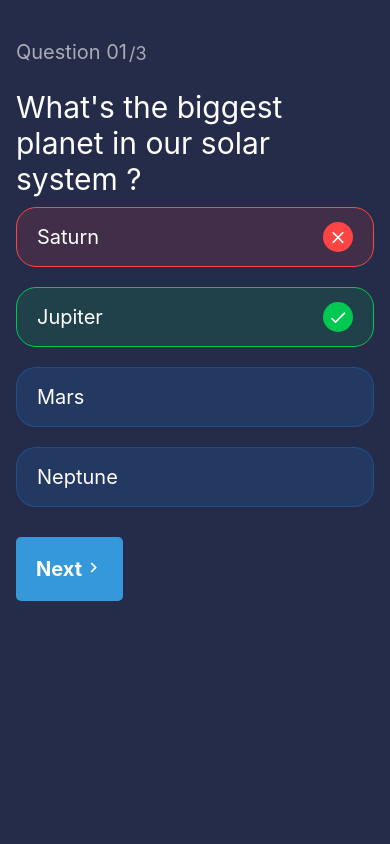
Repository: ds-mbappe/Quiz
Screen: /, after clicking the first element matching `div.r-transitionProperty-1i6wzkk`
An editor plug-in stored every save of this project. The screen is shown before and after the next save, followed by the edit.
The app was drawn by React Native's web renderer in a window 390 px wide. The project was rebuilt for these pictures with package versions that can differ from the ones it lists, and the page was loaded fresh each time.

Above is the screen before, as saved 2022-05-28 22:38:38.

### App.js
import React from 'react'
import { SafeAreaView, StyleSheet, Text } from 'react-native';
import { Quiz } from './screens';

const App = () => {
  return (
    <Quiz />
  )
}

export default App

const styles = StyleSheet.create({})

### screens/index.js
import Quiz from "./Quiz";

export {
    Quiz
}

### screens/Quiz.js
import React, { useState } from 'react'
import { SafeAreaView, StatusBar, StyleSheet, Text, TouchableOpacity, View } from 'react-native'
import { COLORS, SIZES } from '../constants';
import data from '../data/QuizData';
import MaterialCommunityIcons from 'react-native-vector-icons/MaterialCommunityIcons';

const Quiz = () => {

  const allQuestions = data;
  const [currentQuestionIndex, setCurrentQuestionIndex] = useState(0)
  const [currentOptionSelected, setCurrentOptionSelected] = useState(null);
  const [correctOption, setCorrectOption] = useState(null);
  const [isOptionDisabled, setIsOptionDisabled] = useState(false);
  const [score, setScore] = useState(0);
  const [showNextbutton, setShowNextButton] = useState(false);

  const validateAnswer = (selectedOption) => {
    let correct_option = allQuestions[currentQuestionIndex]['correct_option'];
    setCurrentOptionSelected(selectedOption);
    setCorrectOption(correct_option);
    setIsOptionDisabled(true);
    if(selectedOption == correct_option) {
      setScore(score + 1);
    }

    // Show Next Button
    setShowNextButton(true);
  }

  const renderQuestion = () => {
    return (
      <View>
        {/* Question Counter */}
        <View style={styles.questions}>
          <Text style={{color: COLORS.white, fontSize: 20, opacity: 0.6, marginRight: 2}}>{"Question " + currentQuestionIndex + 1}</Text>
          <Text style={{color: COLORS.white, fontSize: 18, opacity: 0.6}}>/{allQuestions.length}</Text>
        </View>

        <View style={{height: 25}}>
        </View>

        {/* Question */}
        <Text style={{color: COLORS.white, fontSize: 30}}>{allQuestions[currentQuestionIndex]?.question}</Text>
      </View>
    )
  }

  const renderOptions = () => {
    return (
      <View>
        {
          allQuestions[currentQuestionIndex]?.options.map(option => (
            <TouchableOpacity
              onPress={() => validateAnswer(option)}
              disabled={isOptionDisabled}
              key={option}
              style={{
                borderWidth: 1,
                borderColor: option == correctOption
                  ? COLORS.success
                  : option == currentOptionSelected
                    ? COLORS.error
                    : COLORS.secondary + '40',
                backgroundColor: option == correctOption
                ? COLORS.success + '20'
                : option == currentOptionSelected
                  ? COLORS.error + '20'
                  : COLORS.secondary + '20',
                height: 60,
                borderRadius: 20,
                flexDirection: 'row',
                alignItems: 'center',
                justifyContent: 'space-between',
                paddingHorizontal: 20,
                marginVertical: 10
              }}>
              <Text style={{ fontSize: 20, color: COLORS.white }}>{option}</Text>

              {/* Show Check or Cross based on answer */}
              {
                option == correctOption ? (
                  <View style={{
                    width: 30,
                    height: 30,
                    borderRadius: 30 / 2,
                    backgroundColor: COLORS.success,
                    justifyContent: 'center',
                    alignItems: 'center'
                  }}>
                    <MaterialCommunityIcons name="check" style={{
                      color: COLORS.white,
                      fontSize: 20
                    }} />
                  </View>
                ) : option == currentOptionSelected ?(
                  <View style={{
                    width: 30,
                    height: 30,
                    borderRadius: 30 / 2,
                    backgroundColor: COLORS.error,
                    justifyContent: 'center',
                    alignItems: 'center'
                  }}>
                    <MaterialCommunityIcons name="close" style={{
                      color: COLORS.white,
                      fontSize: 20
                    }} />
                  </View>
                ) : null
              }
            </TouchableOpacity>
          ))
        }
      </View>
    )
  }

  const renderNextButton = () => {
    if (showNextbutton) {
      return (
        <TouchableOpacity style={{display: 'flex', justifyContent: 'space-between', flexDirection: 'row', marginTop: 20, width: '30%', backgroundColor: COLORS.accent, padding: 20, borderRadius: 5}}>
          <Text style={{fontSize: 20, fontWeight: 'bold', color: COLORS.white, textAlign: 'center'}}>Next</Text>
          <MaterialCommunityIcons style={{fontSize: 20, fontWeight: 'bold', color: COLORS.white, textAlign: 'center'}} name='chevron-right'/>
        </TouchableOpacity>
      )
    }
    else {
      return null;
    }
  }

  return (
    <SafeAreaView style={styles.container}>
      <StatusBar barStyle='light-content' backgroundColor={COLORS.primary} />
      <View style={styles.mainView}>

        {/* ProgressBar */}

        {/* Question */}
        {renderQuestion()}

        {/* Options */}
        {renderOptions()}

        {/* Next Button */}
        {renderNextButton()}

      </View>
    </SafeAreaView>
  )
}

export default Quiz

const styles = StyleSheet.create({
  container: {
    flex: 1,
    backgroundColor: COLORS.background
  },
  mainView: {
    flex: 1,
    paddingVertical: 40,
    paddingHorizontal: 16,
    backgroundColor: COLORS.background,
    position: 'relative',
  },
  questions: {
    flexDirection: 'row',
    alignItems: 'flex-end',
  }
})

### data/QuizData.js
let data = [
    {
        question: "What's the biggest planet in our solar system ?",
        options: ["Saturn", "Jupiter", "Mars", "Neptune"],
        correct_option: "Jupiter"
    },
    {
        question: "Which animal can open his mouth the widest ?",
        options: ["Crocodile", "Lion", "Gorilla", "Hippo"],
        correct_option: "Hippo"
    },
    {
        question: "WHat is the largest animal on earth ?",
        options: ["The lion King", "The giraffe", "The blue whale", "The elephant"],
        correct_option: "The blue whale"
    },
    // {
    //     question: ,
    //     options: ,
    //     correct_option:
    // },
    // {
    //     question: ,
    //     options: ,
    //     correct_option:
    // }
]

export default data;

### constants/theme.js
import { Dimensions } from "react-native";
const { width, height } = Dimensions.get('window');

export const COLORS = {
    primary: "#252C4A",
    secondary: "#1E90FF",
    accent: "#3498DB",

    success: "#00C851",
    error: "#FF4444",

    black: "#171717",
    white: "#FFFFFF",
    background: "#252C4A"
}

export const SIZES = {
    base: 10,
    width,
    height
}

Loaded but not shown: constants/index.js (common file)

After the next save:
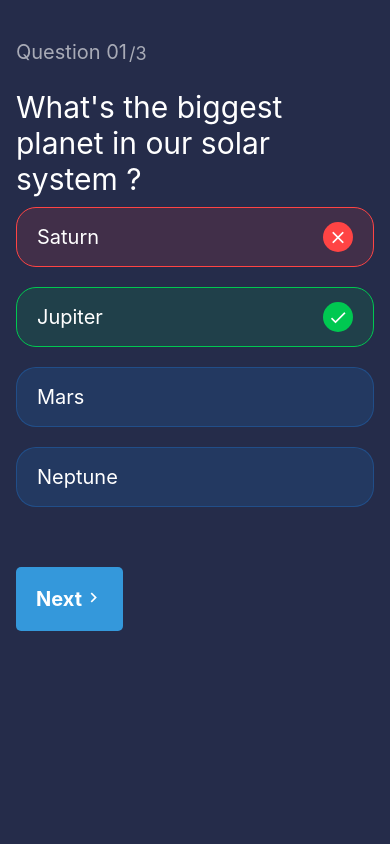
Saved 56 s later.
--- a/screens/Quiz.js
+++ b/screens/Quiz.js
@@ -118,7 +118,7 @@
   const renderNextButton = () => {
     if (showNextbutton) {
       return (
-        <TouchableOpacity style={{display: 'flex', justifyContent: 'space-between', flexDirection: 'row', marginTop: 20, width: '30%', backgroundColor: COLORS.accent, padding: 20, borderRadius: 5}}>
+        <TouchableOpacity style={{display: 'flex', justifyContent: 'space-between', flexDirection: 'row', marginTop: 50, width: '30%', backgroundColor: COLORS.accent, padding: 20, borderRadius: 5}}>
           <Text style={{fontSize: 20, fontWeight: 'bold', color: COLORS.white, textAlign: 'center'}}>Next</Text>
           <MaterialCommunityIcons style={{fontSize: 20, fontWeight: 'bold', color: COLORS.white, textAlign: 'center'}} name='chevron-right'/>
         </TouchableOpacity>

After the save that followed:
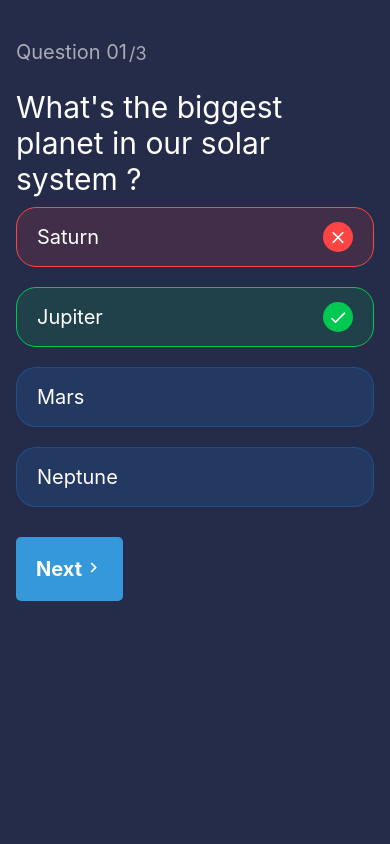
Saved 7 s later.
--- a/screens/Quiz.js
+++ b/screens/Quiz.js
@@ -118,7 +118,7 @@
   const renderNextButton = () => {
     if (showNextbutton) {
       return (
-        <TouchableOpacity style={{display: 'flex', justifyContent: 'space-between', flexDirection: 'row', marginTop: 50, width: '30%', backgroundColor: COLORS.accent, padding: 20, borderRadius: 5}}>
+        <TouchableOpacity style={{display: 'flex', justifyContent: 'space-between', flexDirection: 'row', marginTop: 20, width: '30%', backgroundColor: COLORS.accent, padding: 20, borderRadius: 5}}>
           <Text style={{fontSize: 20, fontWeight: 'bold', color: COLORS.white, textAlign: 'center'}}>Next</Text>
           <MaterialCommunityIcons style={{fontSize: 20, fontWeight: 'bold', color: COLORS.white, textAlign: 'center'}} name='chevron-right'/>
         </TouchableOpacity>
